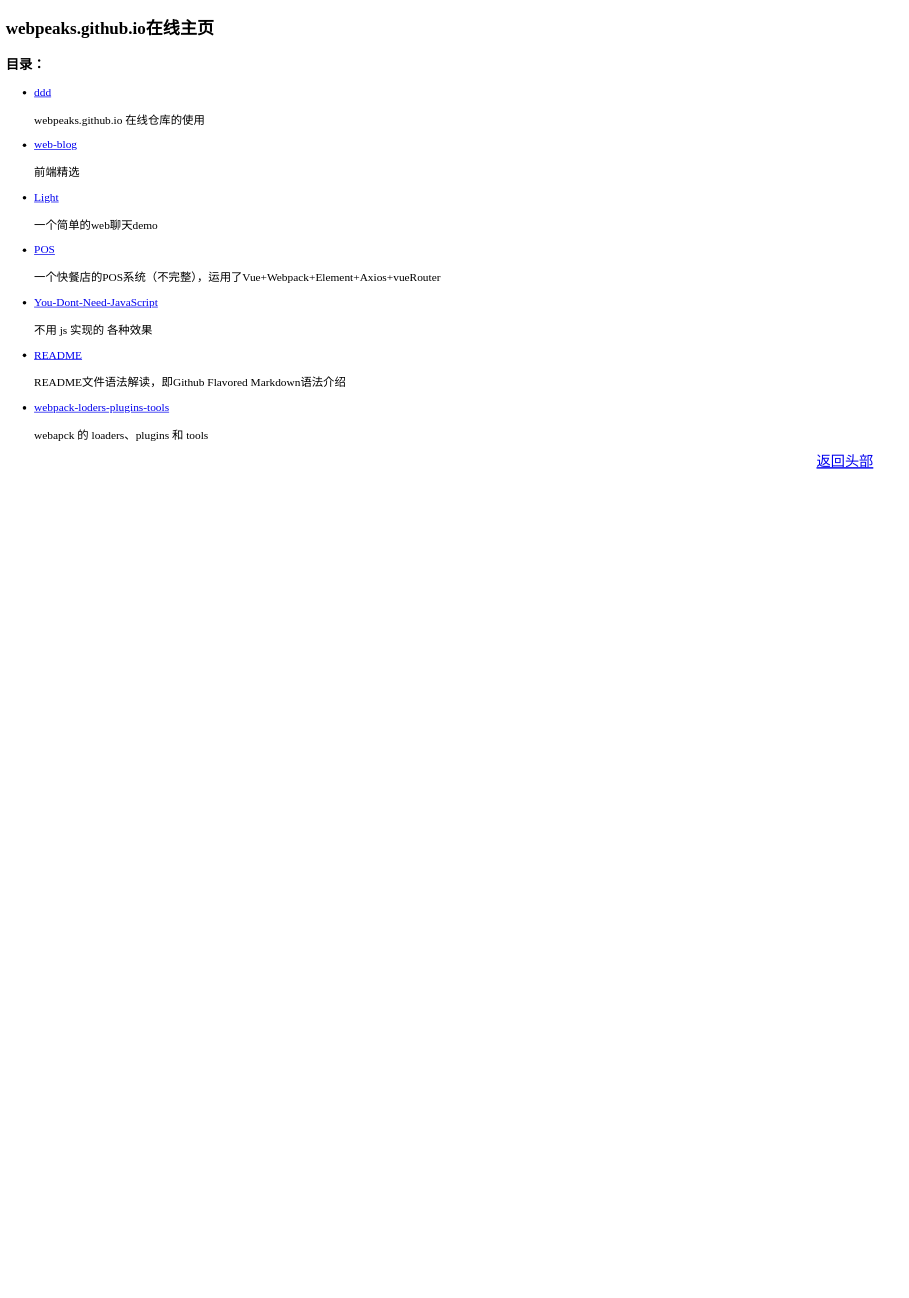
Repository: webpeaks/webpeaks.github.io
Page: index.html
An editor plug-in stored every save of this project. The page is shown before and after the next save, followed by the edit.
The browser window is 1280 px wide. The pictures show the whole page, at 71% of full size.

Above is the page before, as saved 2018-01-03 16:45:14.

### index.html
<!DOCTYPE html>
<html lang="en">

<head>
    <meta charset="UTF-8">
    <meta name="viewport" content="width=device-width, initial-scale=1.0">
    <meta http-equiv="X-UA-Compatible" content="ie=edge">
    <title>Document</title>
    <style>
        body{
            height: 1800px;
        }
        .back{
            position: absolute;
            bottom: 50px;
            right: 50px;
            line-height: 40px;
            font-size: 20px;
        }
    </style>
</head>

<body>
    <h2>webpeaks.github.io在线主页</h2>
    <h3>目录：</h3>
    <ul>
        <li>
            <a href="webpeaks.github.io/ddd/index.html">ddd</a>
            <p>webpeaks.github.io 在线仓库的使用</p>
        </li>
        <li>
            <a href="https://github.com/webpeaks/web-blog">web-blog</a>
            <p>前端精选</p>
        </li>
        <li>
            <a href="https://github.com/webpeaks/Light">Light</a>
            <p>一个简单的web聊天demo</p>
        </li>
        <li>
            <a href="https://github.com/webpeaks/POS">POS</a>
            <p>一个快餐店的POS系统（不完整），运用了Vue+Webpack+Element+Axios+vueRouter</p>
        </li>
        <li>
            <a href="https://github.com/webpeaks/You-Dont-Need-JavaScript">You-Dont-Need-JavaScript</a>
            <p>不用 js 实现的 各种效果</p>
        </li>
        <li>
            <a href="https://github.com/webpeaks/README">README</a>
            <p>README文件语法解读，即Github Flavored Markdown语法介绍</p>
        </li>
        <li>
            <a href="https://github.com/webpeaks/webpack-loders-plugins-tools">webpack-loders-plugins-tools</a>
            <p>webapck 的 loaders、plugins 和 tools</p>
        </li>
    </ul>

    <a class="back" target="_blank" href="#">返回头部</a>
</body>

</html>

After the next save:
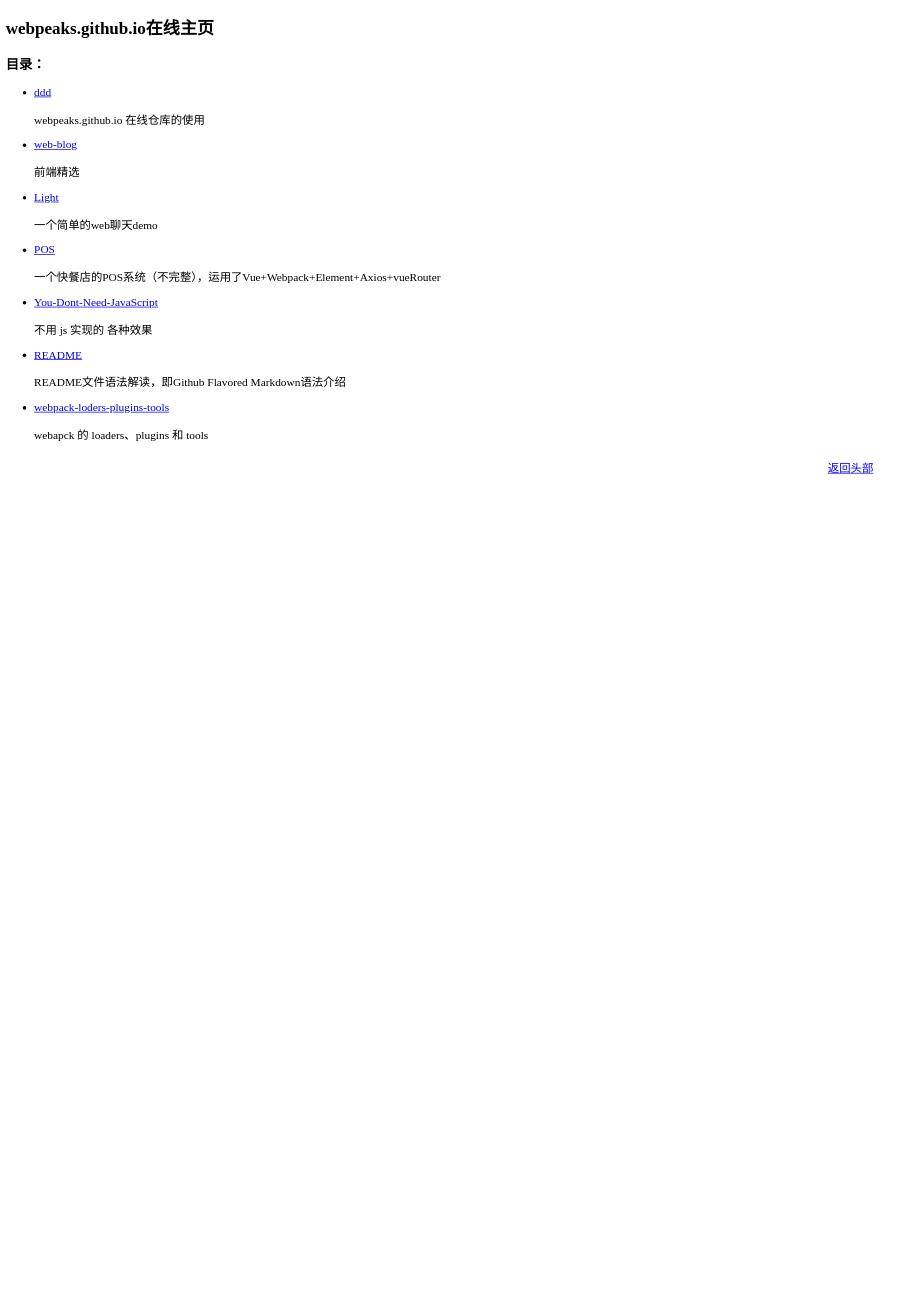
Saved 13 s later.
--- a/index.html
+++ b/index.html
@@ -14,8 +14,6 @@
             position: absolute;
             bottom: 50px;
             right: 50px;
-            line-height: 40px;
-            font-size: 20px;
         }
     </style>
 </head>
